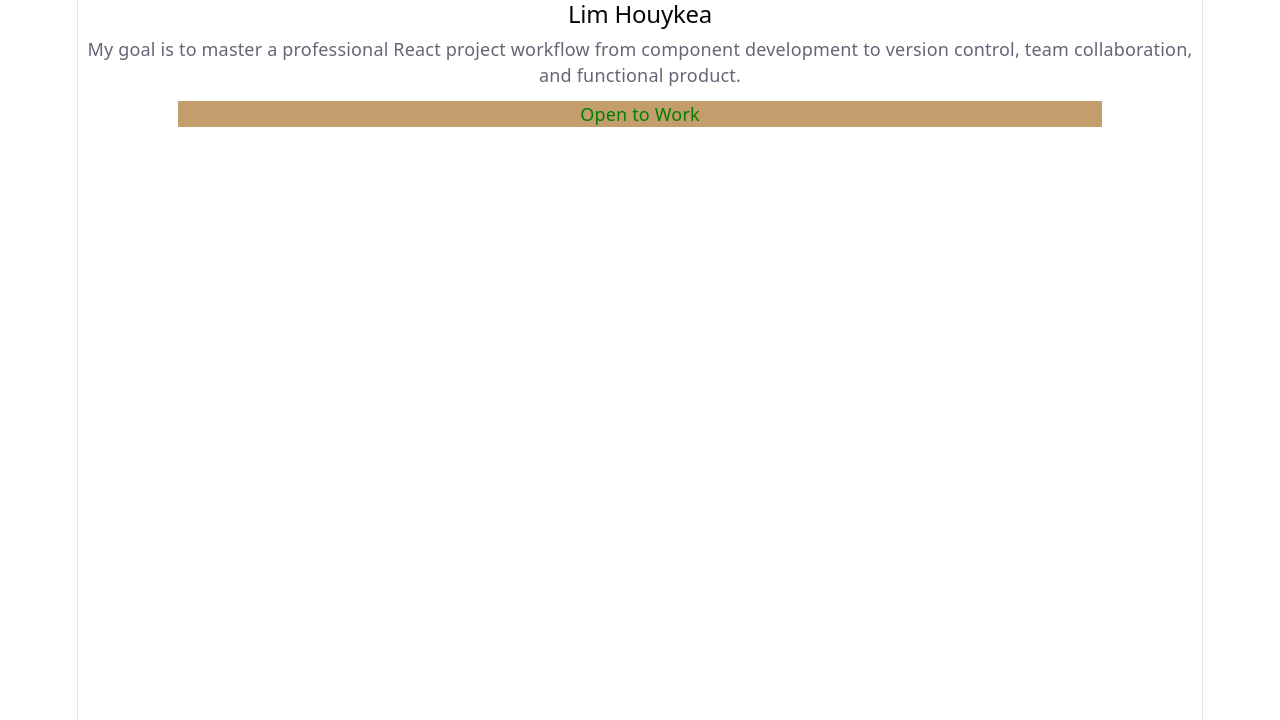
Repository: Houykea/jia-portfolio
Page: /
The author's editor kept a copy of each file at every save. The page is drawn from the files as they stood at one save, then again after a run of saves.
The browser window is 1280 px wide. The pictures show the whole page.
The project was rebuilt for these pictures with package versions that can differ from the ones it lists, and the page was loaded fresh each time. Also part of the build but not shown: vite.config.js.

Above is the page before, as saved 2026-09-11 16:53:10.

### index.html
<!doctype html>
<html lang="en">
  <head>
    <meta charset="UTF-8" />
    <link rel="icon" type="image/svg+xml" href="/favicon.svg" />
    <meta name="viewport" content="width=device-width, initial-scale=1.0" />
    <title>jia-portfolio</title>
  </head>
  <body>
    <div id="root"></div>
    <script type="module" src="/src/main.jsx"></script>
  </body>
</html>

### src/index.css
:root {
  --text: #6b6375;
  --text-h: #08060d;
  --bg: #fff;
  --border: #e5e4e7;
  --code-bg: #f4f3ec;
  --accent: #aa3bff;
  --accent-bg: rgba(170, 59, 255, 0.1);
  --accent-border: rgba(170, 59, 255, 0.5);
  --social-bg: rgba(244, 243, 236, 0.5);
  --shadow:
    rgba(0, 0, 0, 0.1) 0 10px 15px -3px, rgba(0, 0, 0, 0.05) 0 4px 6px -2px;

  --sans: system-ui, 'Segoe UI', Roboto, sans-serif;
  --heading: system-ui, 'Segoe UI', Roboto, sans-serif;
  --mono: ui-monospace, Consolas, monospace;

  font: 18px/145% var(--sans);
  letter-spacing: 0.18px;
  color-scheme: light dark;
  color: var(--text);
  background: var(--bg);
  font-synthesis: none;
  text-rendering: optimizeLegibility;
  -webkit-font-smoothing: antialiased;
  -moz-osx-font-smoothing: grayscale;

  @media (max-width: 1024px) {
    font-size: 16px;
  }
}

@media (prefers-color-scheme: dark) {
  :root {
    --text: #9ca3af;
    --text-h: #f3f4f6;
    --bg: #16171d;
    --border: #2e303a;
    --code-bg: #1f2028;
    --accent: #c084fc;
    --accent-bg: rgba(192, 132, 252, 0.15);
    --accent-border: rgba(192, 132, 252, 0.5);
    --social-bg: rgba(47, 48, 58, 0.5);
    --shadow:
      rgba(0, 0, 0, 0.4) 0 10px 15px -3px, rgba(0, 0, 0, 0.25) 0 4px 6px -2px;
  }

  #social .button-icon {
    filter: invert(1) brightness(2);
  }
}

body {
  margin: 0;
}

#root {
  width: 1126px;
  max-width: 100%;
  margin: 0 auto;
  text-align: center;
  border-inline: 1px solid var(--border);
  min-height: 100svh;
  display: flex;
  flex-direction: column;
  box-sizing: border-box;
}

h1,
h2 {
  font-family: var(--heading);
  font-weight: 500;
  color: var(--text-h);
}

h1 {
  font-size: 56px;
  letter-spacing: -1.68px;
  margin: 32px 0;
  @media (max-width: 1024px) {
    font-size: 36px;
    margin: 20px 0;
  }
}
h2 {
  font-size: 24px;
  line-height: 118%;
  letter-spacing: -0.24px;
  margin: 0 0 8px;
  @media (max-width: 1024px) {
    font-size: 20px;
  }
}
p {
  margin: 0;
}

code,
.counter {
  font-family: var(--mono);
  display: inline-flex;
  border-radius: 4px;
  color: var(--text-h);
}

code {
  font-size: 15px;
  line-height: 135%;
  padding: 4px 8px;
  background: var(--code-bg);
}

### src/App.jsx
import { useState } from 'react'
import './App.css'
import StatusBadge from './StatusBadge'
import SectionHeading from "./components/Headings";

function App() {
  return (
    <>
      <SectionHeading />
      <p>My goal is to master a professional React project workflow from component development to version control, team collaboration, and functional product.</p>
      <StatusBadge isOpenToWork={true}/>
    </>
  )
}

export default App

### src/App.css
.green {
  color: green;
  background-color: rgb(196, 157, 108);
  margin-left: 100px;
  margin-right: 100px;
  margin-top: 12px;  ;
}

.gray {
  color: gray;
  background-color: bisque;
  margin:100px

}

### src/StatusBadge.jsx
const StatusBadge = ({isOpenToWork}) => {
  const statusText = isOpenToWork ? "Open to Work" : "Busy learning"
  const statusColor = isOpenToWork ? "green" : "gray"
  return (
    <span className={statusColor}>
      {statusText}
    </span>
  )
}
export default StatusBadge;

### src/components/Headings.jsx
function SectionHeading(props) {
  const title = props.title;

  return (
    <>
      <h2 className="text-gray-900 ext-x1 font-semibold mb-4 p-4">
        Lim Houykea
      </h2>
    </>
  )
}

export default SectionHeading

Loaded but not shown: src/main.tsx (common file)

After the next 2 saves:
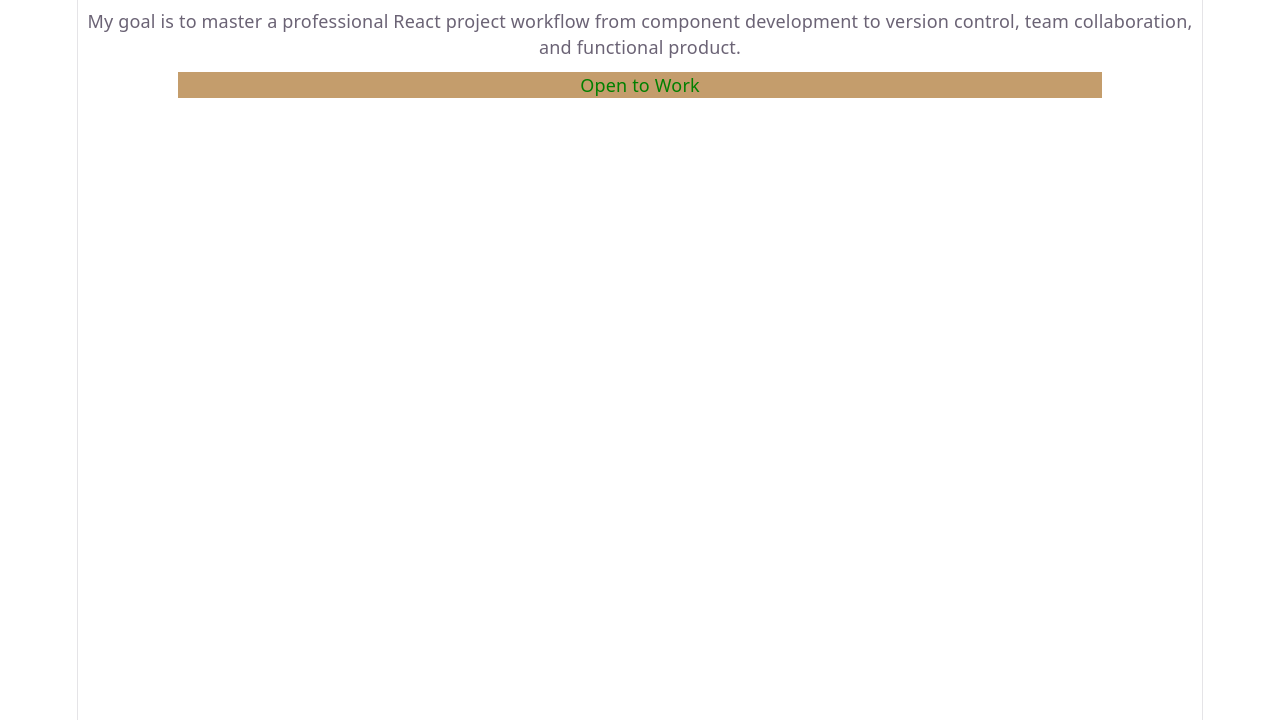
The 2 saves are shown as one change because they came seconds apart.
The last was saved 34 s later.
--- a/src/components/Headings.jsx
+++ b/src/components/Headings.jsx
@@ -4,7 +4,7 @@ function SectionHeading(props) {
   return (
     <>
       <h2 className="text-gray-900 ext-x1 font-semibold mb-4 p-4">
-        Lim Houykea
+        {title}
       </h2>
     </>
   )
